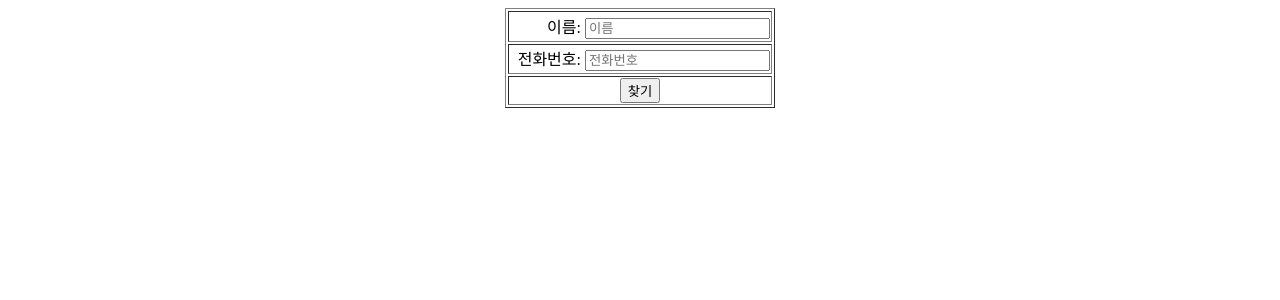
Repository: leeseokh/jquery
Page: workspace/MemberPj/WebContent/html/아디, 비번 찾기/id찾기.html
The author's editor kept a copy of each file at every save. The page is drawn from the files as they stood at one save, then again after a run of saves.
The browser window is 1280 px wide. The pictures show the whole page.

Above is the page before, as saved 2021-06-18 00:11:27.

After the next 3 saves:
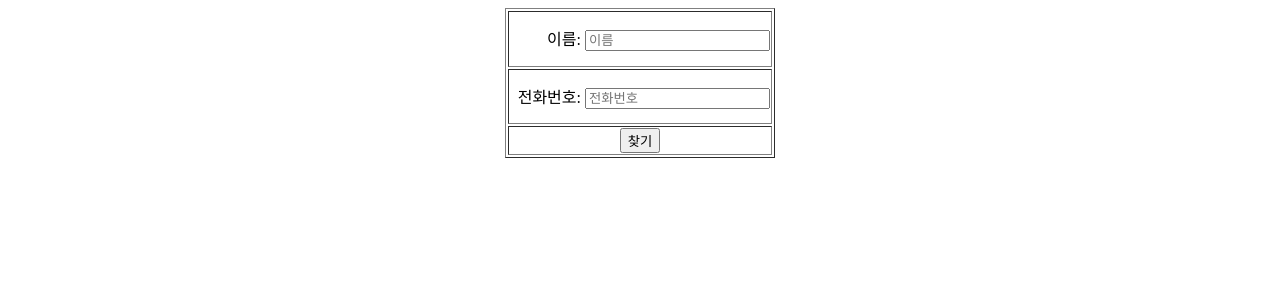
The 3 saves are shown as one change because they came seconds apart.
The last was saved 16 s later.
--- a/workspace/MemberPj/WebContent/html/아디, 비번 찾기/id찾기.html
+++ b/workspace/MemberPj/WebContent/html/아디, 비번 찾기/id찾기.html
@@ -10,7 +10,7 @@
 		}
 		table{
 			width:270px;
-			height:100px;
+			height:150px;
 			margin:auto;
 			text-align: center;
 		}
